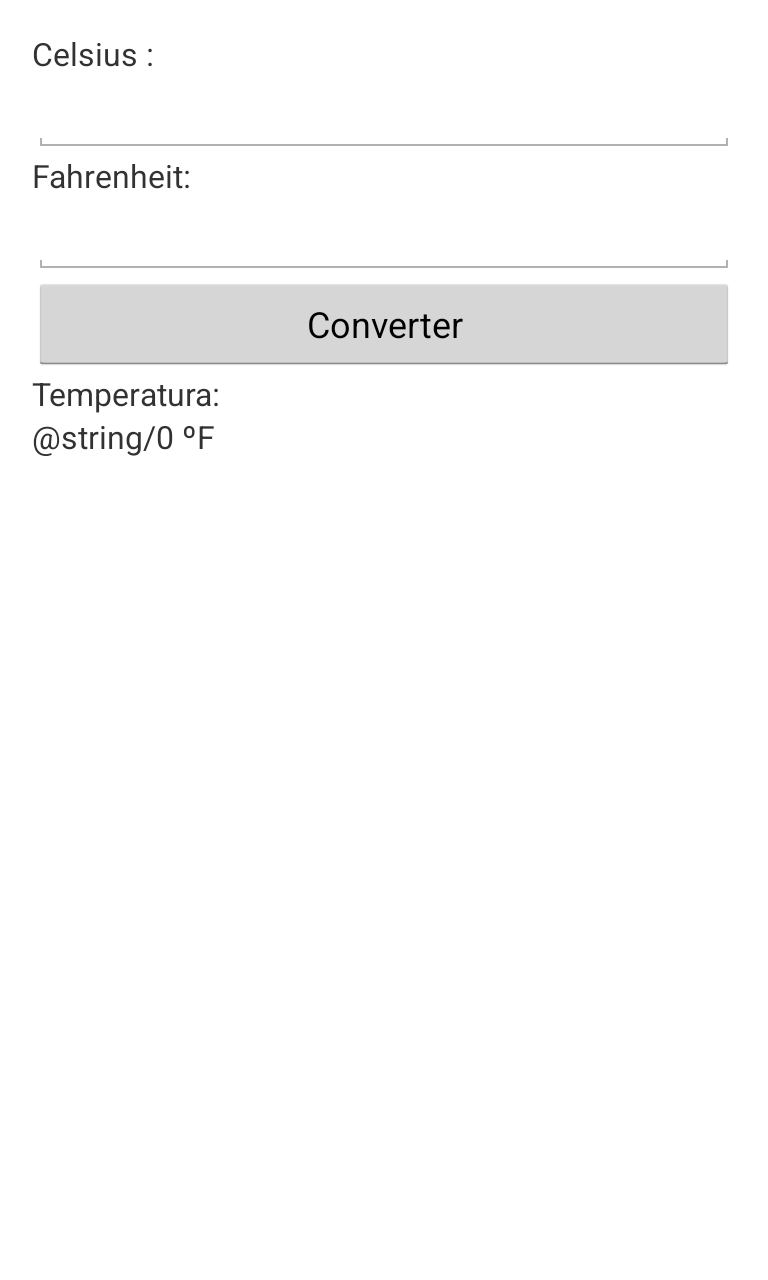
Repository: erickluz/Android
Layout: CelsiusToFahrenheit/res/layout/activity_main.xml
An editor plug-in stored every save of this project. The layout is shown before and after the next save, followed by the edit.
It is drawn on a 768 x 1280 px phone screen (xhdpi) without system bars, with theme AppTheme; the app's code is not run.

Above is the layout before, as saved 2016-03-15 00:18:34.

### CelsiusToFahrenheit/res/layout/activity_main.xml
<LinearLayout xmlns:android="http://schemas.android.com/apk/res/android"
    xmlns:tools="http://schemas.android.com/tools"
    android:layout_width="match_parent"
    android:layout_height="match_parent"
    android:paddingBottom="@dimen/activity_vertical_margin"
    android:paddingLeft="@dimen/activity_horizontal_margin"
    android:paddingRight="@dimen/activity_horizontal_margin"
    android:paddingTop="@dimen/activity_vertical_margin"
    android:orientation="vertical"
    tools:context="com.erick.celsiustofahrenheit.MainActivity" >

    <TextView
        android:layout_width="wrap_content"
        android:layout_height="wrap_content"
        android:textSize="16sp"
        android:text="@string/celsius" />

  <EditText
      	android:id="@+id/txtCelcius"
      	android:labelFor="@+id/txtCelcius"
      	android:layout_width="fill_parent"
      	android:layout_height="wrap_content"
      	android:inputType="number"/>

    <TextView
        android:layout_width="wrap_content"
        android:layout_height="wrap_content"
        android:textSize="16sp"
        android:text="@string/fahrenheit" />

  <EditText
      	android:id="@+id/txtFahrenheit"
      	android:labelFor="@+id/txtFahrenheit"
      	android:layout_width="fill_parent"
      	android:layout_height="wrap_content"
      	android:inputType="number"/>

  <Button
      	android:id="@+id/btnOk"
      	android:labelFor="@+id/btnOk"
      	android:text="@string/conversao"
      	android:layout_width="fill_parent"
      	android:layout_height="wrap_content"/>

   <TextView
        android:layout_width="wrap_content"
        android:layout_height="wrap_content"
        android:textSize="16sp"
        android:text="@string/temperatura" />

    <TextView
        android:id="@+id/lblFahrenheit"
        android:layout_width="wrap_content"
        android:layout_height="wrap_content"
        android:textSize="16sp"
        android:text="@string/0 ºF" />



</LinearLayout>

### CelsiusToFahrenheit/res/values/strings.xml
<?xml version="1.0" encoding="utf-8"?>
<resources>

    <string name="app_name">Conversao de Temperatura</string>
    <string name="hello_world">Hello world!</string>
    <string name="action_settings">Settings</string>
    <string name="celsius">Celsius :</string>
    <string name="fahrenheit">Fahrenheit:</string>
    <string name="conversao">Converter</string>
    <string name="temperatura">Temperatura:</string>
    <string name="far">0 ºF</string>

</resources>

Loaded but not shown: CelsiusToFahrenheit/res/values/styles.xml (common file); CelsiusToFahrenheit/res/values-v11/styles.xml (common file); CelsiusToFahrenheit/res/values-v14/styles.xml (common file); CelsiusToFahrenheit/res/values/dimens.xml (common file); CelsiusToFahrenheit/res/values-w820dp/dimens.xml (common file)

After the next save:
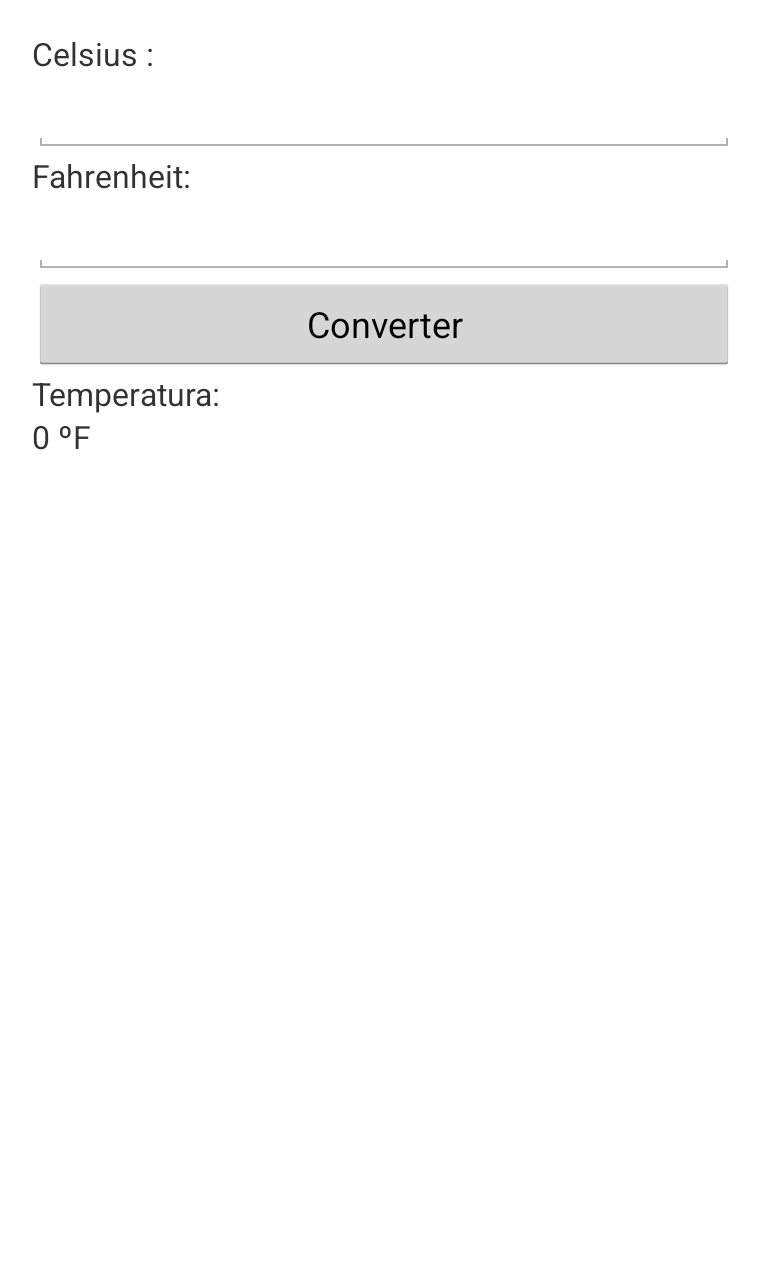
Saved 7 s later.
--- a/CelsiusToFahrenheit/res/layout/activity_main.xml
+++ b/CelsiusToFahrenheit/res/layout/activity_main.xml
@@ -53,7 +53,7 @@
         android:layout_width="wrap_content"
         android:layout_height="wrap_content"
         android:textSize="16sp"
-        android:text="@string/0 ºF" />
+        android:text="@string/far" />
 
 
 
